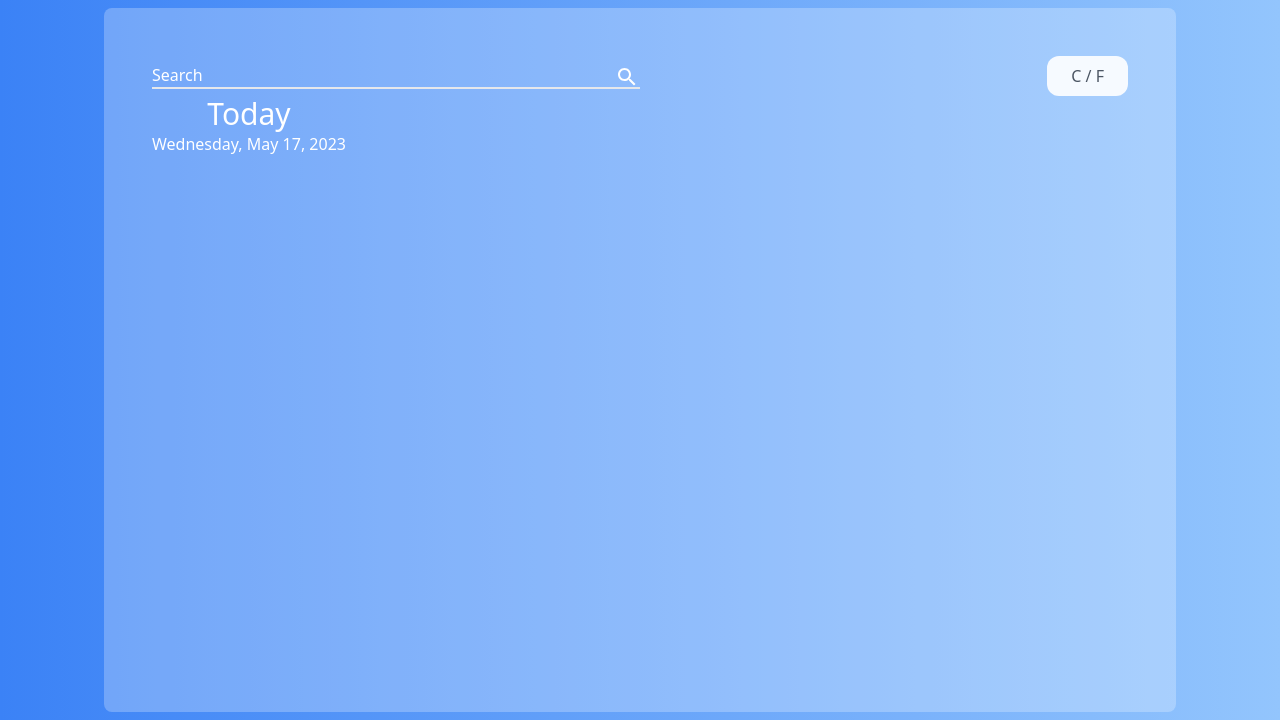
Repository: DevAntonioRogers/react-weatherapp-v2
Page: /
The author's editor kept a copy of each file at every save. The page is drawn from the files as they stood at one save, then again after the next save.
The browser window is 1280 px wide. The pictures show the whole page.
The project was rebuilt for these pictures with package versions that can differ from the ones it lists, and the page was loaded fresh each time. The framework's server and built-in components were replaced by stand-ins that run in the browser. Also part of the build but not shown: next.config.js.

Above is the page before, as saved 2023-05-20 00:02:38.

After the next save:
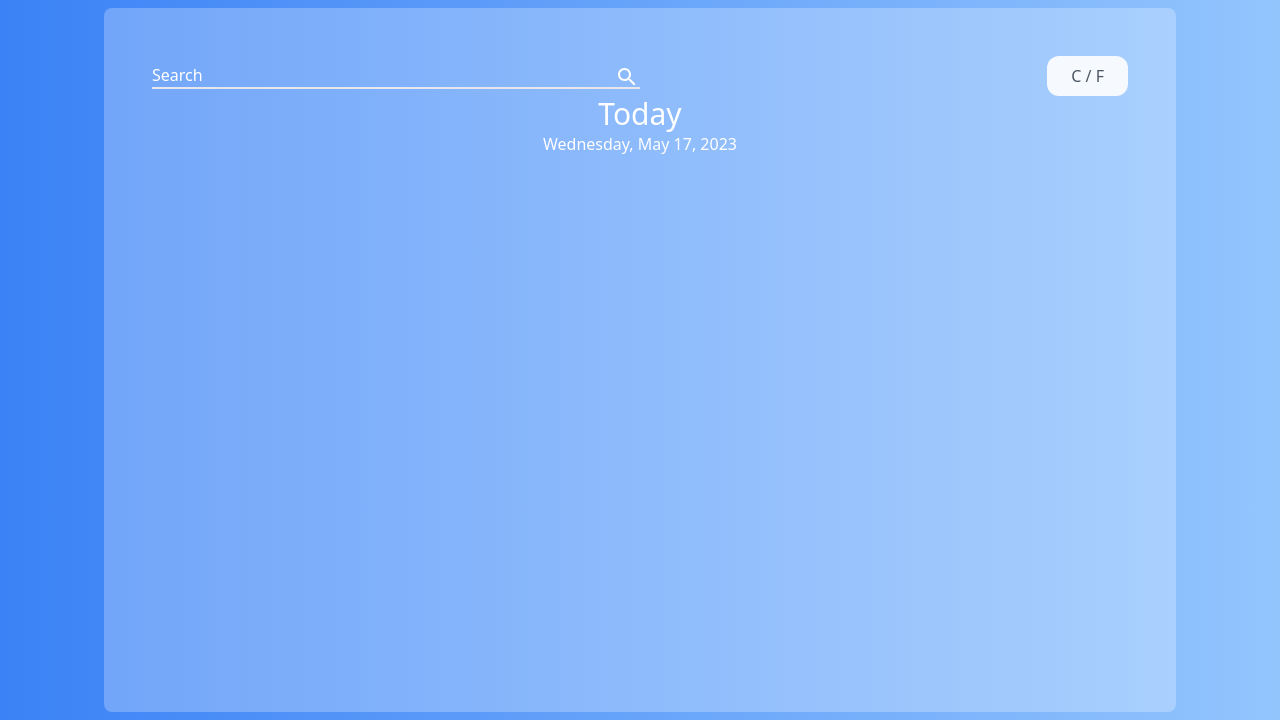
Saved 12 s later.
--- a/app/components/Current.tsx
+++ b/app/components/Current.tsx
@@ -5,7 +5,7 @@ const Current = ({ data }) => {
   const weatherIcon = data.current ? data.current.condition.icon : null;
   const currentDate = getCurrentDate();
   return (
-    <div className="flex flex-col items-start gap-2 ">
+    <div className="flex flex-col items-center gap-2 ">
       <div className="flex items-center">
         <div className="text-center">
           <h1 className="text-3xl text-white">Today</h1>

After the 4 saves that followed:
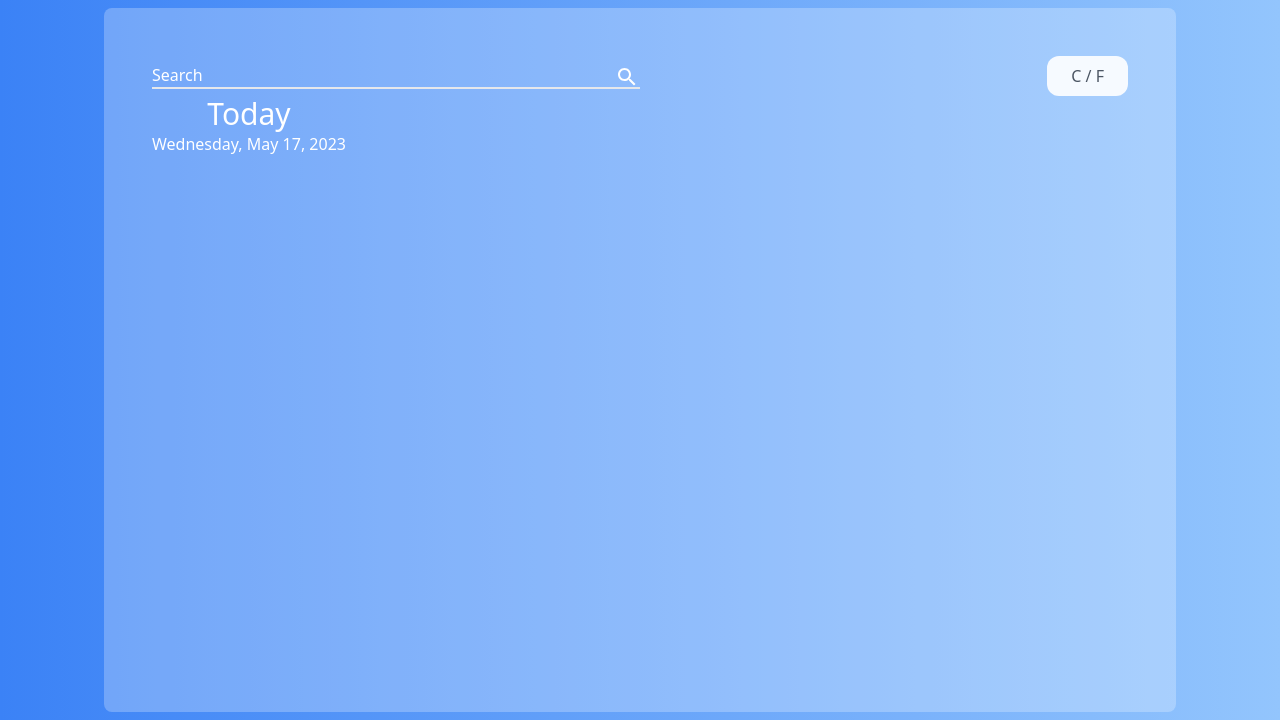
The 4 saves are shown as one change because 3 left the picture as it was.
The last was saved 3 min 0 s later.
--- a/app/page.tsx
+++ b/app/page.tsx
@@ -43,7 +43,9 @@ export default function Home() {
         </div>
 
         {/* CURRENT WEATHER SECTION */}
-        <Current data={data} />
+        <div className="flex">
+          <Current data={data} />
+        </div>
       </div>
     </div>
   );
--- a/app/components/Current.tsx
+++ b/app/components/Current.tsx
@@ -24,7 +24,7 @@ const Current = ({ data }) => {
             <span>°</span>
           </p>
         ) : null}
-        {data.current ? <span className="text-2xl">{data.current.condition.text}</span> : null}
+        {data.current ? <span className="">{data.current.condition.text}</span> : null}
       </div>
       <div>
         {data.location ? (
